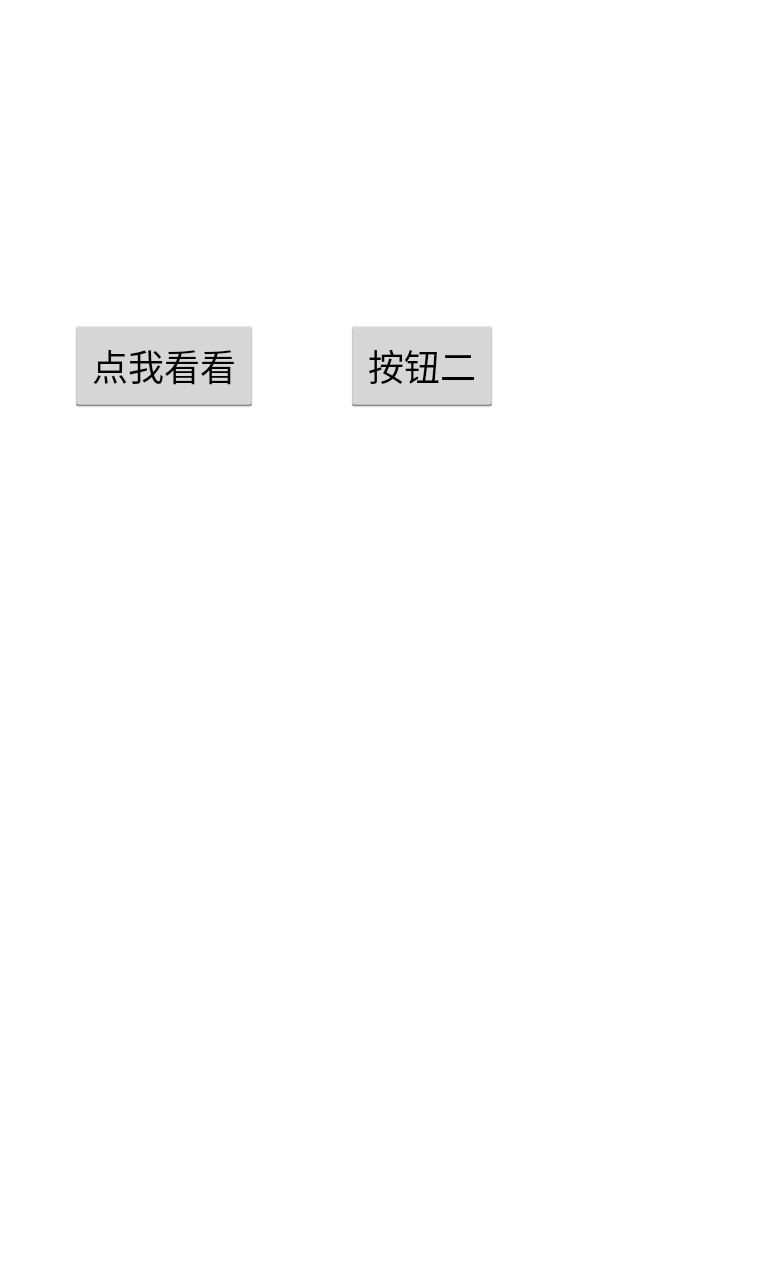
Repository: 17390089054/android
Layout: AlertDialog/res/layout/activity_main.xml
An editor plug-in stored every save of this project. The layout is shown before and after the next save, followed by the edit.
It is drawn on a 768 x 1280 px phone screen (xhdpi) without system bars, with theme AppTheme; the app's code is not run.

Above is the layout before, as saved 2018-05-03 15:30:15.

After the next save:
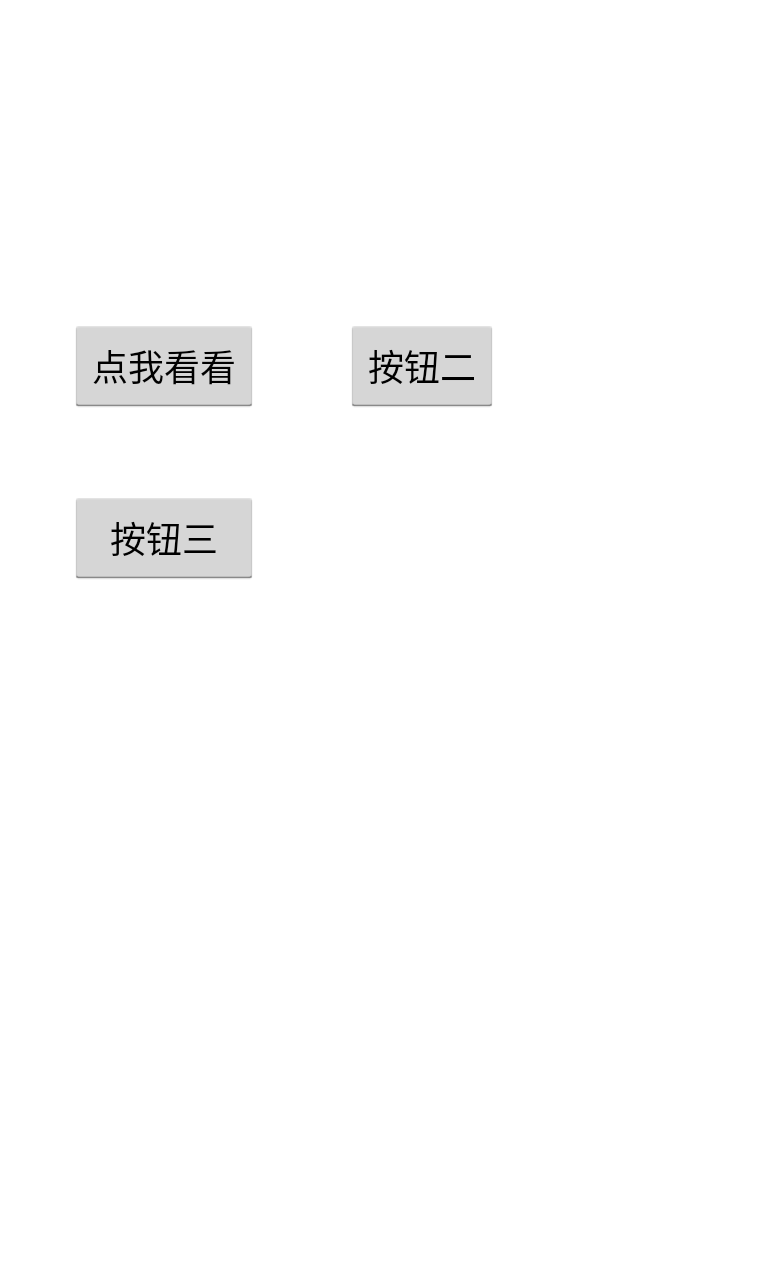
Saved 7 min 36 s later.
--- a/AlertDialog/res/layout/activity_main.xml
+++ b/AlertDialog/res/layout/activity_main.xml
@@ -30,4 +30,14 @@
         android:onClick="test02"
         android:text="按钮二" />
 
+    <Button
+        android:id="@+id/button3"
+        android:layout_width="wrap_content"
+        android:layout_height="wrap_content"
+        android:layout_alignLeft="@+id/button1"
+        android:layout_alignRight="@+id/button1"
+        android:layout_below="@+id/button1"
+        android:layout_marginTop="38dp"
+        android:text="按钮三" />
+
 </RelativeLayout>
